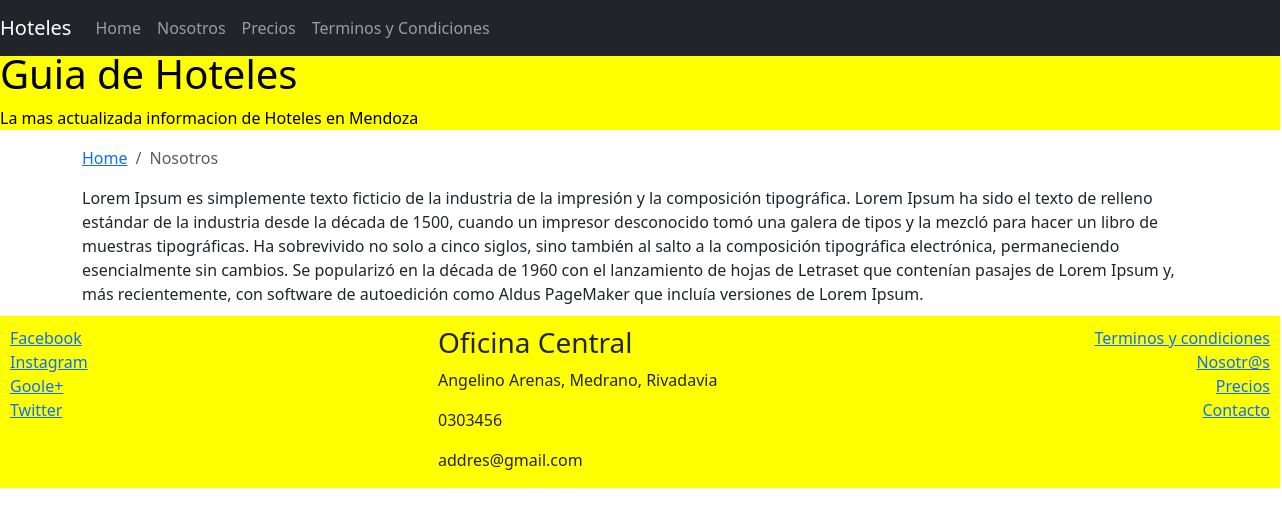
Repository: JulianMoralesSantoni/PaginaHoteles
Page: about.html
These files come from the project's save history. The page is drawn as it stood at one moment and after the next save; the edit follows.
The browser window is 1280 px wide. The page is 1282 px wide, so the pictures cover 1282 px, including what lies to the right of the window. The pictures show the whole page.
Some web libraries are served in a nearby version.

Above is the page before, as saved 2021-03-28 17:56:40.

After the next save:
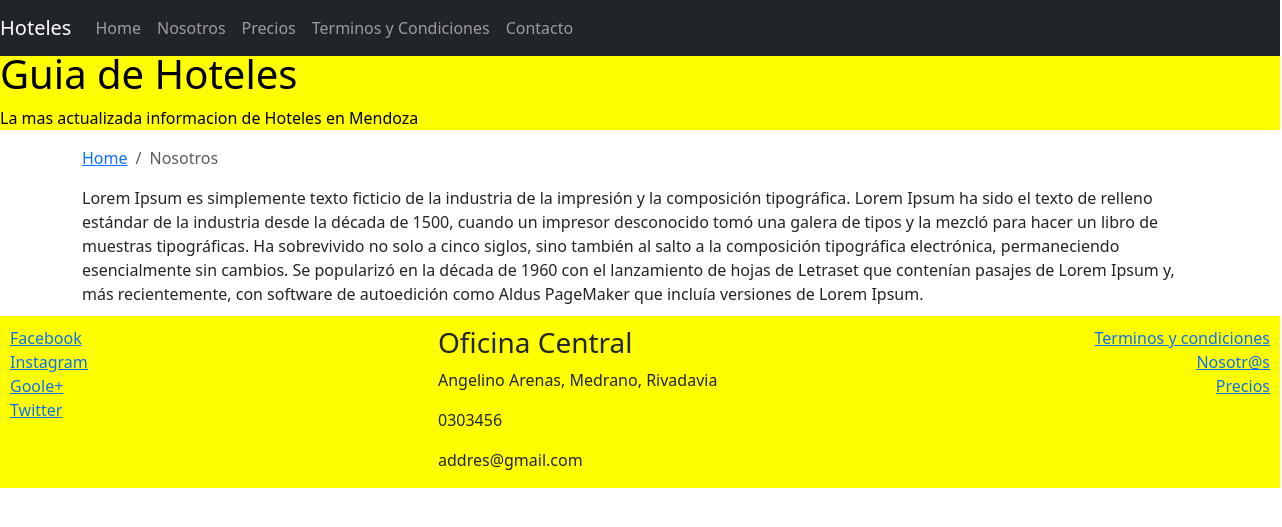
Saved 2 s later.
--- a/about.html
+++ b/about.html
@@ -31,6 +31,10 @@
           <li class="nav-item">
             <a class="nav-link" href="#">Terminos y Condiciones</a>
           </li>
+          <li class="nav-item">
+            <a class="nav-link" href="./contacto.html">Contacto</a>
+          </li>
+
 
         </ul>
       </div>
@@ -86,7 +90,7 @@
      <a href="http:www.facebook.com">Terminos y condiciones</a>
       <a href="http:www.instagram">Nosotr@s</a>
       <a href="http:www.google.com">Precios</a>
-      <a href="http:www.Twitter.com">Contacto</a>
+
 
 
   </div>
